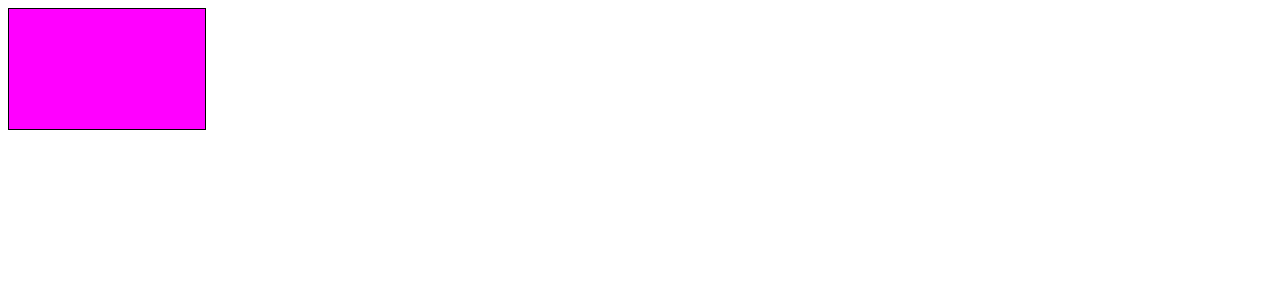
Repository: b1996om/HTML-CSS_study
Page: pro08/public/transition-property.html
An editor plug-in stored every save of this project. The page is shown before and after the next save, followed by the edit.
The browser window is 1280 px wide. The pictures show the whole page.
The pointer rests on the first visible `.tr1`.

Above is the page before, as saved 2022-12-08 07:44:14.

After the next save:
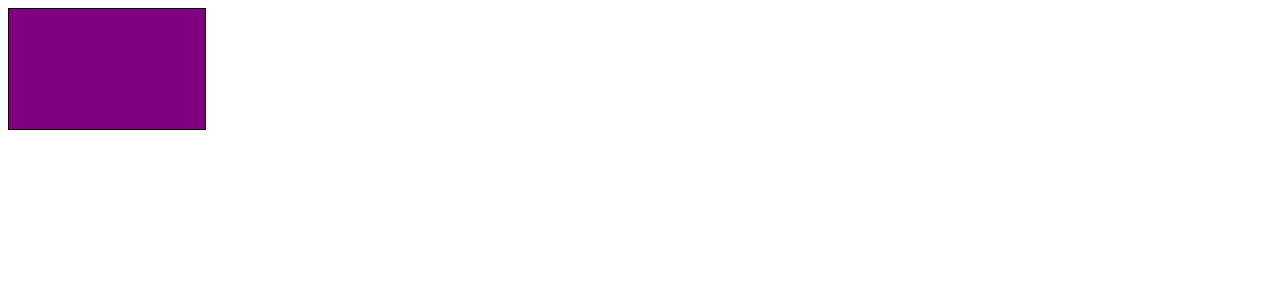
Saved 14 s later.
--- a/pro08/public/transition-property.html
+++ b/pro08/public/transition-property.html
@@ -15,6 +15,7 @@
 		.tr1:hover {
 			width:200px;
 			height:120px;
+			background-color:purple;
 		}
 	</style>
 </head>

After the save that followed:
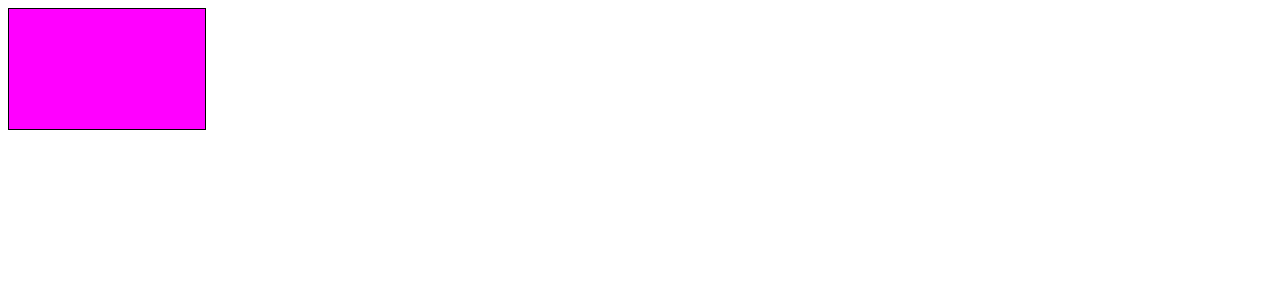
Saved 16 s later.
--- a/pro08/public/transition-property.html
+++ b/pro08/public/transition-property.html
@@ -15,7 +15,6 @@
 		.tr1:hover {
 			width:200px;
 			height:120px;
-			background-color:purple;
 		}
 	</style>
 </head>
